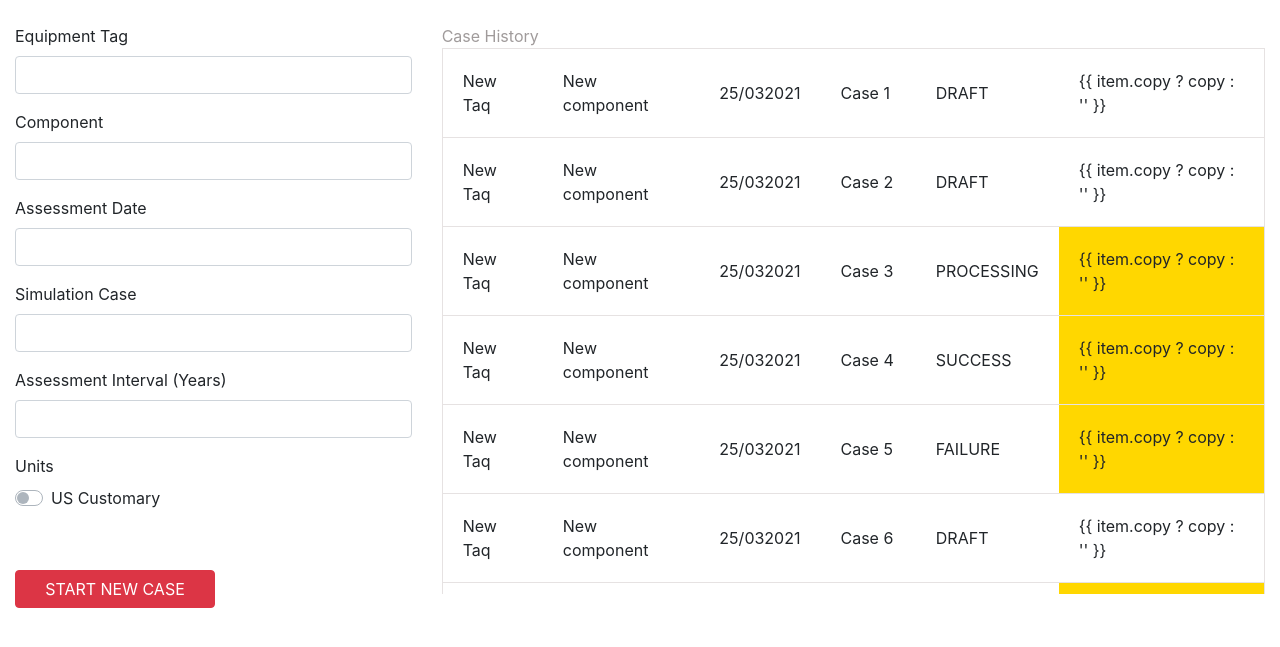
Repository: arif286/dashboard
Page: /
The author's editor kept a copy of each file at every save. The page is drawn from the files as they stood at one save, then again after the next save.
The browser window is 1280 px wide. The pictures show the whole page.
An inner scrolling area shows only its first screen. The project was rebuilt for these pictures with package versions that can differ from the ones it lists, and the page was loaded fresh each time. The framework's server and built-in components were replaced by stand-ins that run in the browser. Also part of the build but not shown: nuxt.config.js, components/Nav.vue.

Above is the page before, as saved 2021-06-18 19:34:35.

### components/Form.vue
<template>
  <div>
    <form class="Assessment-input" action="">
      <div class="mb-3">
        <label for="Input1" class="form-label">Equipment Tag</label>
        <input id="Input1" type="text" class="form-control">
      </div>
      <div class="mb-3">
        <label for="Input2" class="form-label">Component</label>
        <input id="Input2" type="text" class="form-control">
      </div>
      <div class="mb-3">
        <label for="Input3" class="form-label">Assessment Date</label>
        <input id="Input3" type="text" class="form-control">
      </div>
      <div class="mb-3">
        <label for="Input4" class="form-label">Simulation Case</label>
        <input id="Input4" type="text" class="form-control">
      </div>
      <div class="mb-3">
        <label for="Input5" class="form-label">Assessment Interval (Years)</label>
        <input id="Input5" type="text" class="form-control">
      </div>
      <div>
        <label for="Input5" class="form-label">Units</label>
        <b-form-checkbox v-model="checked" name="check-button" switch>
          US Customary
        </b-form-checkbox>
      </div>
      <b-button class="submit-button" type="submit" variant="danger">
        START NEW CASE
      </b-button>
    </form>
  </div>
</template>
<script>
export default {
  data () {
    return {
      form: {
        email: '',
        name: '',
        food: null,
        checked: []
      },
      foods: [
        { text: 'Select One', value: null },
        'Carrots',
        'Beans',
        'Tomatoes',
        'Corn'
      ],
      show: true,
      checked: false
    }
  },
  methods: {
    onSubmit (event) {
      event.preventDefault()
      alert(JSON.stringify(this.form))
    }
  }
}
</script>
<style>
.submit-button {
  width: 200px;
  margin-top: 60px;
}
.Assessment-input input:focus {
  border-color: red;
  box-shadow: none;
}
</style>

### components/Table.vue
<template>
  <div class="table-contain">
    <p class="title">
      Case History
    </p>
    <table class="w-100 table-border">
      <tbody>
        <tr v-for="item in data" :key="item.id">
          <td>{{ item.equipmentTag }}</td>
          <td>{{ item.component }}</td>
          <td>{{ item.assessmentDate }}</td>
          <td>Case {{ item.case }}</td>
          <td>{{ item.status }}</td>
          <td :class="item.copy ? 'copy-btn' : ''">
            {{ item.copy ? <span>copy</span> : '' }}
          </td>
        </tr>
      </tbody>
    </table>
  </div>
</template>

<script>
export default {
  props: {
    data: {
      type: Array,
      required: true
    }
  }
}
</script>
<style scoped>

.table-border tr{
 border: 1px solid #e6e2e2;
}
.table-border td{
  padding: 20px;
}
.title{
  margin-bottom: 0px;
  color: #a09b9b;
}
.table-contain {
  height: 570px;
  overflow-y: scroll;
}
.copy-btn{
  background-color: gold;
}
</style>

### pages/index.vue
<template>
  <div class="container">
    <div class="row mt-4">
      <div class="col-4">
        <Form />
      </div>
      <div class="col-8">
        <Table :data="dashboardData" />
      </div>
    </div>
  </div>
</template>

<script>
import { dashboardData } from '@/assets/dashboard.js'
// eslint-disable-next-line semi
export default {
  data () {
    return { dashboardData }
  }
}
</script>

<style>
.container {
  max-width: 1760px;
}
</style>

### assets/dashboard.js
export const dashboardData = [
  {
    id: 1,
    equipmentTag: 'New Taq',
    component: 'New component',
    assessmentDate: '25/032021',
    case: 1,
    status: 'DRAFT'
  },
  {
    id: 2,
    equipmentTag: 'New Taq',
    component: 'New component',
    assessmentDate: '25/032021',
    case: 2,
    status: 'DRAFT'
  },
  {
    id: 3,
    equipmentTag: 'New Taq',
    component: 'New component',
    assessmentDate: '25/032021',
    case: 3,
    status: 'PROCESSING',
    copy: true
  },
  {
    id: 4,
    equipmentTag: 'New Taq',
    component: 'New component',
    assessmentDate: '25/032021',
    case: 4,
    status: 'SUCCESS',
    copy: true
  },
  {
    id: 5,
    equipmentTag: 'New Taq',
    component: 'New component',
    assessmentDate: '25/032021',
    case: 5,
    status: 'FAILURE',
    copy: true
  },
  {
    id: 6,
    equipmentTag: 'New Taq',
    component: 'New component',
    assessmentDate: '25/032021',
    case: 6,
    status: 'DRAFT'
  },
  {
    id: 7,
    equipmentTag: 'New Taq',
    component: 'New component',
    assessmentDate: '25/032021',
    case: 7,
    status: 'SUCCESS',
    copy: true
  },
  {
    id: 8,
    equipmentTag: 'New Taq',
    component: 'New component',
    assessmentDate: '25/032021',
    case: 8,
    status: 'DRAFT'
  },
  {
    id: 9,
    equipmentTag: 'New Taq',
    component: 'New component',
    assessmentDate: '25/032021',
    case: 9,
    status: 'DRAFT'
  },
  {
    id: 10,
    equipmentTag: 'New Taq',
    component: 'New component',
    assessmentDate: '25/032021',
    case: 10,
    status: 'DRAFT'
  }
]

Loaded but not shown: layouts/default.vue (common file)

After the next save:
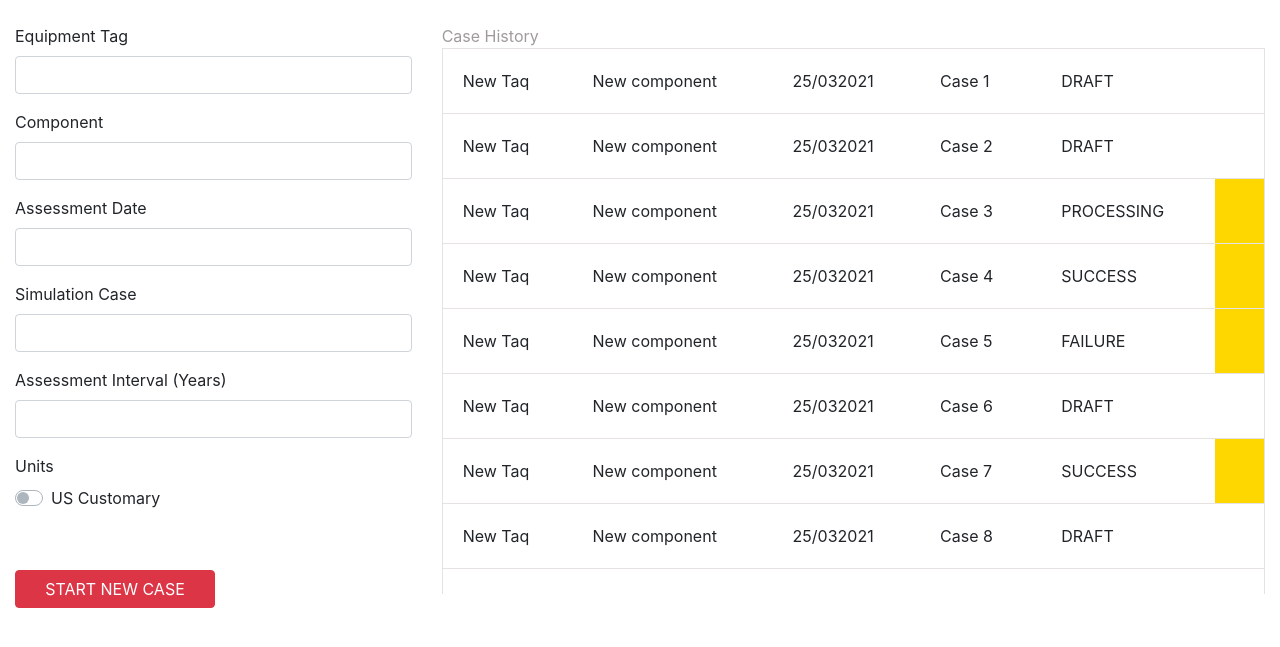
Saved 45 s later.
--- a/components/Table.vue
+++ b/components/Table.vue
@@ -12,7 +12,7 @@
           <td>Case {{ item.case }}</td>
           <td>{{ item.status }}</td>
           <td :class="item.copy ? 'copy-btn' : ''">
-            {{ item.copy ? <span>copy</span> : '' }}
+            {{ item.copy ? co : '' }}
           </td>
         </tr>
       </tbody>

After the save that followed:
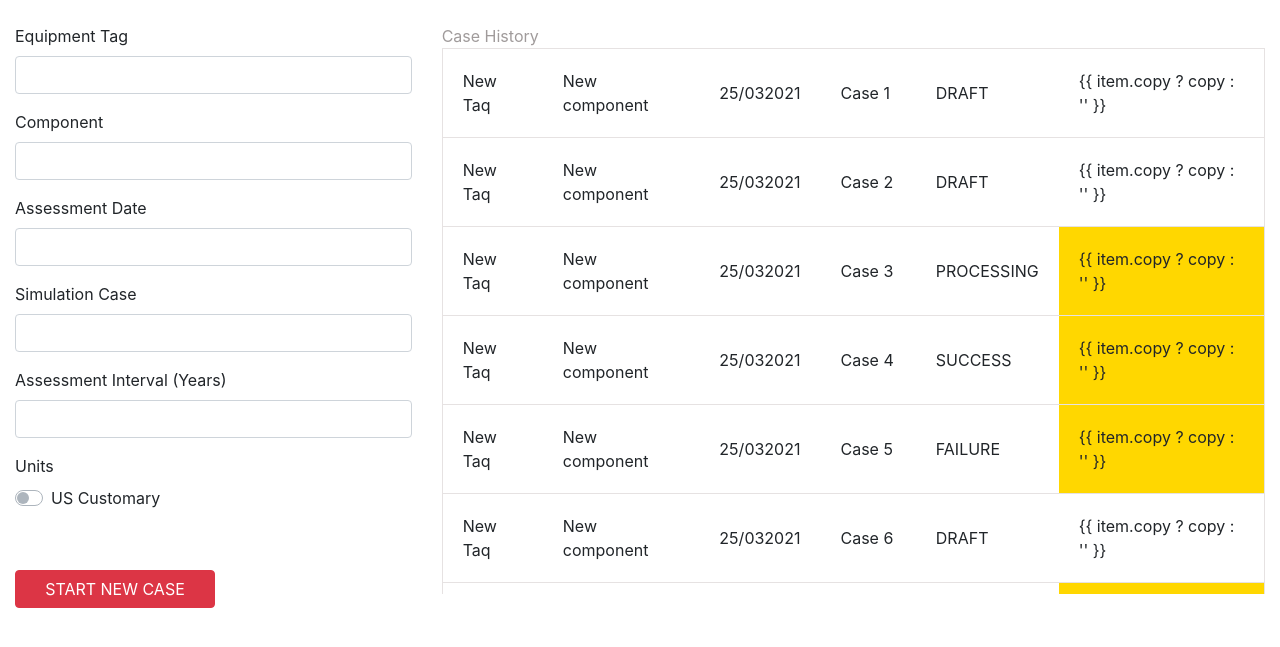
Saved 20 s later.
--- a/components/Table.vue
+++ b/components/Table.vue
@@ -12,7 +12,7 @@
           <td>Case {{ item.case }}</td>
           <td>{{ item.status }}</td>
           <td :class="item.copy ? 'copy-btn' : ''">
-            {{ item.copy ? co : '' }}
+            {{ item.copy ? <span>copy</span> : '' }}
           </td>
         </tr>
       </tbody>
